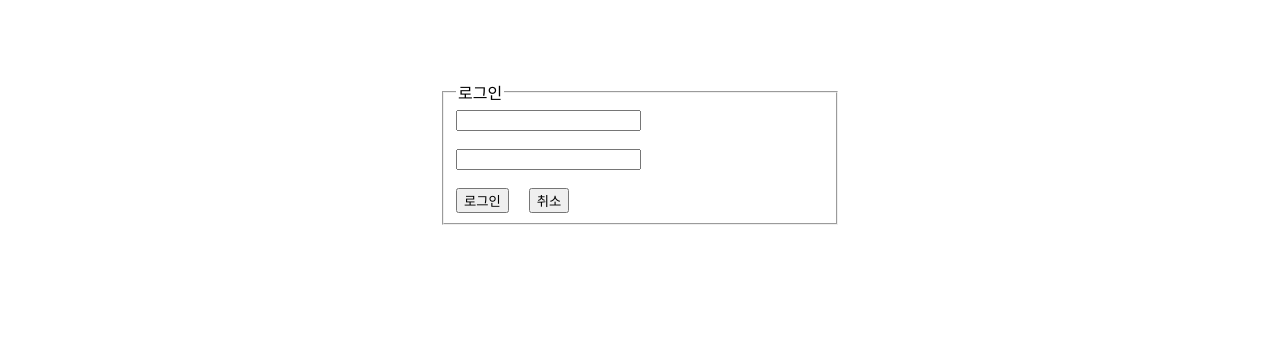
Repository: okgunyang/jsp
Page: http://localhost/practice01/login.jsp
These files come from the project's save history. The page is drawn as it stood at one moment and after the next save; the edit follows.
The browser window is 1280 px wide. The pictures show the whole page.
The page is served by Tomcat 9.

Above is the page before, as saved 2022-10-14 04:52:38.

After the next save:
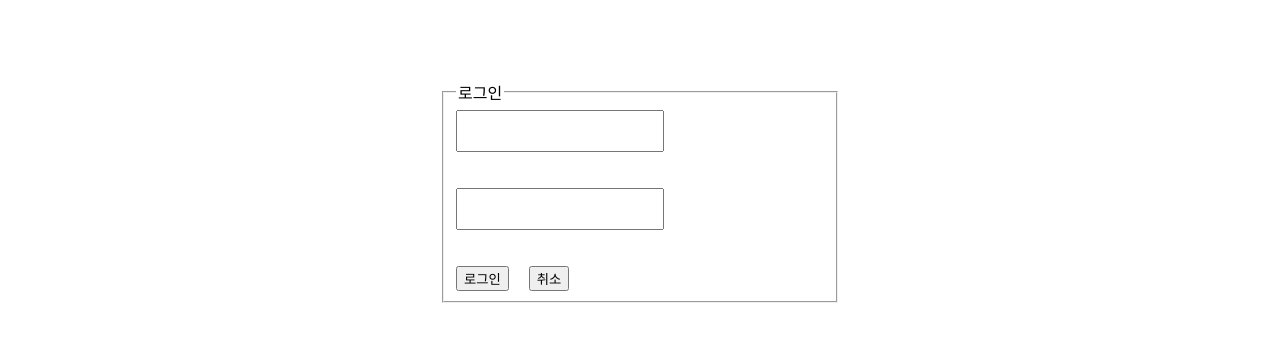
Saved 100 s later.
--- a/practice01/WebContent/login.jsp
+++ b/practice01/WebContent/login.jsp
@@ -7,7 +7,7 @@
 <title>로그인</title>
 <style>
 #loginForm { width:400px; margin:80px auto; }
-.input_data { }
+.input_data { display:block; width:200px; height:36px; line-height:36px; }
 .input_btn { }
 </style>
 </head>
